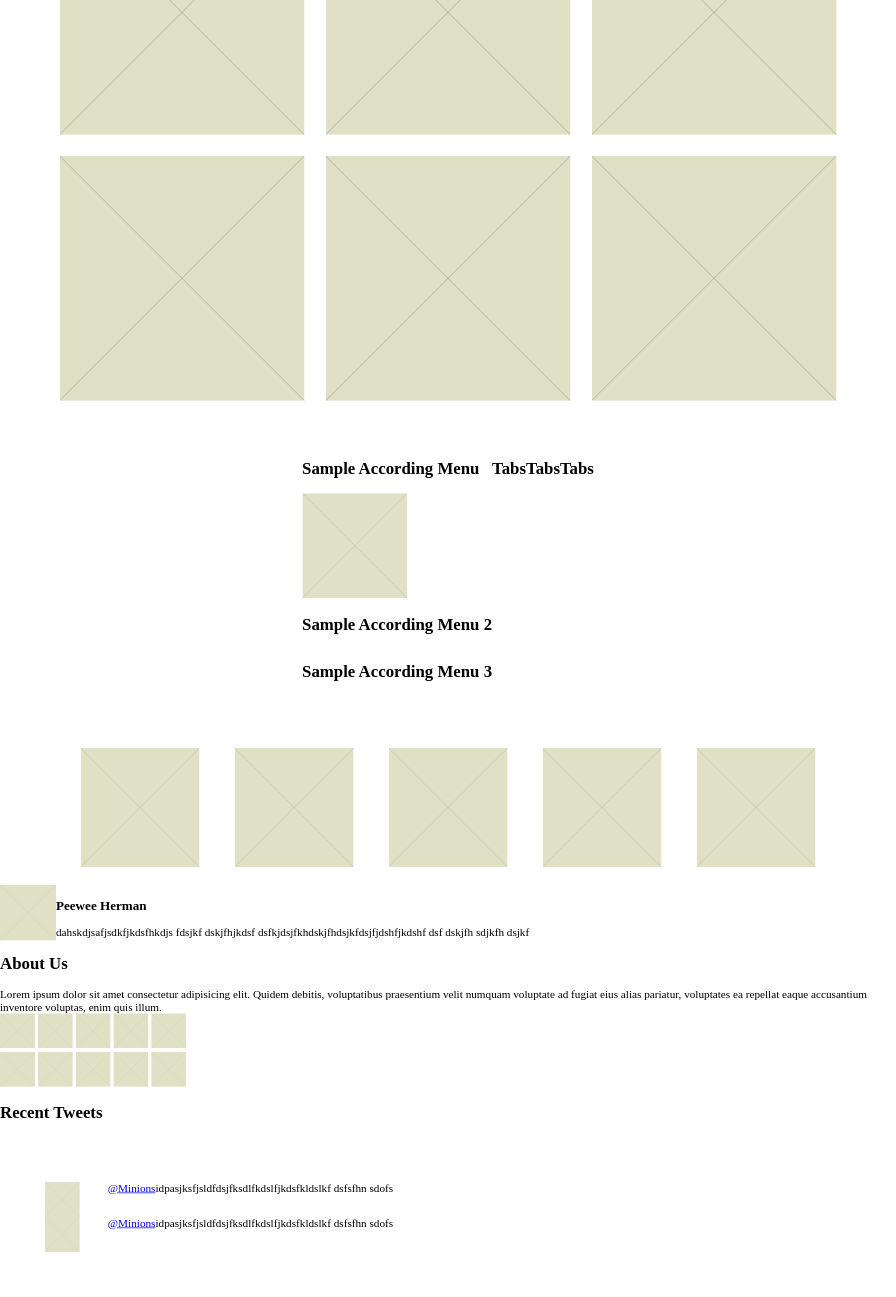
Repository: ReallyNguyen/responsive-web
Page: index.html
An editor plug-in stored every save of this project. The page is shown before and after the next save, followed by the edit.
The browser window is 1280 px wide. The pictures show the part of the page from y = 1201 to 3121 px (the page is 3054 px tall before and 3121 px after), at 70% of full size.

Above is the page before, as saved 2023-01-25 22:16:08.

### index.html
<!doctype html>
<html class="no-js" lang="">

<head>
  <meta charset="utf-8">
  <title></title>
  <meta name="description" content="">
  <meta name="viewport" content="width=device-width, initial-scale=1">

  <meta property="og:title" content="">
  <meta property="og:type" content="">
  <meta property="og:url" content="">
  <meta property="og:image" content="">

  <link rel="manifest" href="site.webmanifest">
  <link rel="apple-touch-icon" href="icon.png">
  <!-- Place favicon.ico in the root directory -->

  <link rel="stylesheet" href="css/normalize.css">
  <link rel="stylesheet" href="css/main.css">

  <meta name="theme-color" content="#fafafa">
</head>

<body>
  <header>
    <div class="nav-bar">
      <h1 class="company-name" >Metrolics</h1>
      <img class="logo" src="placeholder.svg" alt="company logo" width="50" height="50">
      <img class="accordian" src="placeholder.svg" alt="accordian here" width="50" height="50">

    </div>

    <div class="introduction">
      <h1> Hey guys! This is the Metrolics theme. It sports a responsive layout with a mobile layout.</h1>
    </div>


  </header>



  <article>

    <div class="Title">
      <h1>
        Things we do
      </h1>
      <p>
        ask what we do
      </p>
    </div>

    <main>

      <div class="Contents">
        <div class="Content">
          <img src="placeholder.svg" alt="" width="50" height="50">
          <div class="Description">
            <h4 class="topic">
              Web Solution
            </h4>
            <p> ajisdjsad</p>
          </div>
        </div>

        <div class="Content">
          <img src="placeholder.svg" alt="" width="50" height="50">
          <div class="Description">
            <h4 class="topic">
              Photography
            </h4>
            <p> ajisdjsad</p>
          </div>
        </div>

        <div class="Content">
          <img src="placeholder.svg" alt="" width="50" height="50">
          <div class="Description">
            <h4 class="topic">
              Web Development
            </h4>
            <p> ajisdjsad</p>
          </div>
        </div>

        <div class="Content">
          <img src="placeholder.svg" alt="" width="50" height="50">
          <div class="Description">
            <h4 class="topic">
              Web Design
            </h4>
            <p> ajisdjsad</p>
          </div>
        </div>



      </div>

      <div class="whats_up_lately">

        <div class="Title">
          <h1>
            What's up lately?
          </h1>
          <p>
            Read up on our latest work
          </p>
        </div>

        <div class="Boxes">
          <img class="Sample" src="placeholder.svg" alt="" width="360" height="360">
          <img class="Sample" src="placeholder.svg" alt="" width="360" height="360">
          <img class="Sample" src="placeholder.svg" alt="" width="360" height="360">
        </div>
      </div>

      <div class="our_latest_projects">

        <div class="Title">
          <h1>
            Our Latest Projects
          </h1>
          <p>
            Client happy? We are happy.
          </p>
        </div>

        <div class="Boxes">
          <img class="Sample" src="placeholder.svg" alt="">
          <img class="Sample" src="placeholder.svg" alt="">
          <img class="Sample" src="placeholder.svg" alt="">
          <img class="Sample" src="placeholder.svg" alt="">
          <img class="Sample" src="placeholder.svg" alt="">
          <img class="Sample" src="placeholder.svg" alt="">
        </div>
      </div>

      <div class="Bottom">
        <div class="Menu">
          <div class="Menu1">
            <h2>Sample According Menu</h2>
            <div class="Desc-Menu1"></div>
            <img src="placeholder.svg" alt="" width="150" height="150">
          </div>
          <h2>Sample According Menu 2</h2>
          <h2>Sample According Menu 3</h2>
        </div>
        <div class="Tabs">
          <h2>Tabs</h2>
          <h2>Tabs</h2>
          <h2>Tabs</h2>
        </div>
      </div>

      <div class="Companies">
        <img class="Companies-Logo" src="placeholder.svg" alt="">
        <img class="Companies-Logo" src="placeholder.svg" alt="">
        <img class="Companies-Logo" src="placeholder.svg" alt="">
        <img class="Companies-Logo" src="placeholder.svg" alt="">
        <img class="Companies-Logo" src="placeholder.svg" alt="">
      </div>


      <footer>

        <div class="founder">
          <img src="placeholder.svg" alt="" width="80" height="80">
          <div class="intro-text-box">
            <h3> Peewee Herman </h3>
            <p> dahskdjsafjsdkfjkdsfhkdjs fdsjkf dskjfhjkdsf dsfkjdsjfkhdskjfhdsjkfdsjfjdshfjkdshf dsf dskjfh sdjkfh dsjkf</p>
         </div>
        </div>


      <div class="about-us">
        <h2> About Us</h2>
      <div class="about-us-box">
        <p> Lorem ipsum dolor sit amet consectetur adipisicing elit. Quidem debitis, voluptatibus praesentium velit numquam voluptate ad fugiat eius alias pariatur, voluptates ea repellat eaque accusantium inventore voluptas, enim quis illum.</p>
        <div class="media">
          <img class="social-media" src="placeholder.svg" alt="" width="50" height="50">
          <img class="social-media" src="placeholder.svg" alt="" width="50" height="50">
          <img class="social-media" src="placeholder.svg" alt="" width="50" height="50">
          <img class="social-media" src="placeholder.svg" alt="" width="50" height="50">
          <img class="social-media" src="placeholder.svg" alt="" width="50" height="50">
        </div>
      </div>
      </div>

      <div class="flickr-photos">
        <div class="photos">
          <img class="social-media" src="placeholder.svg" alt="" width="50" height="50">
          <img class="social-media" src="placeholder.svg" alt="" width="50" height="50">
          <img class="social-media" src="placeholder.svg" alt="" width="50" height="50">
          <img class="social-media" src="placeholder.svg" alt="" width="50" height="50">
          <img class="social-media" src="placeholder.svg" alt="" width="50" height="50">
        </div>
      </div>





      <div class="recent-tweets">
        <h2> Recent Tweets </h2>


        <div class="twitter-box">

          <div class="social-box-contents">
          <img src="placeholder.svg" alt="" width="50" height="50">
          <div class="social-text-box">
            <a href="url"> @Minions </a>
            <p> idpasjksfjsldfdsjfksdlfkdslfjkdsfkldslkf dsfsfhn sdofs </p>
        </div>
         </div>

        <div class="social-box-contents">
          <img src="placeholder.svg" alt="" width="50" height="50">
          <div class="social-text-box">
            <a href="url"> @Minions </a>
            <p> idpasjksfjsldfdsjfksdlfkdslfjkdsfkldslkf dsfsfhn sdofs </p>
          </div>
        </div>

        </div>
      </div>

    </footer>

    </main>



  </article>
</body>

</html>

### css/main.css
.nav-bar {
  display: flex;
  flex-direction: row;
  justify-content: center;
  margin: 50px;
}

.introduction {
  display: flex;
  justify-content: center;
}

.founder {
  display: flex;
  justify-content: row;

}

.twitter-box {
  display: flex;
  justify-content: center;
  flex-direction: column;
  padding: 5%;

}



.social-text-box {
  display: flex;
  justify-content: center;
  padding-left: 40px;


}



.social-box-contents {
  display: flex;
  flex-direction: row;
}


article>div {
  margin: 15px;
}

.Title {
  display: flex;
  flex-direction: column;
  text-align: center;
  margin-top: 0;
}

main {
  display: flex;
  flex-direction: column;
  align-items: center;
}


.topic {
  margin: 0;
}

p {
  margin: 0px;
}

.Contents {
  display: flex;
  flex-direction: row;
}

.Content {
  display: flex;
  flex-direction: row;
  margin: 15px;
}

.Boxes {
  display: flex;
  display: flex;
  flex-wrap: wrap;
  justify-content: center;
}

.Sample {
  margin: 15px;
  width: 350px;
  height: 350px;
}

.Bottom {
  display: flex;
  flex-direction: row;
  margin: 50px;
}

.Menu {
  display: flex;
  flex-direction: column;
}

.Tabs {
  display: flex;
  flex-direction: row;
}

.Companies {
  display: flex;
  flex-direction: row;
}

.Companies-Logo {
  width: 170px;
  height: 170px;
  margin: 25px;
}

/* Small only */
@media screen and (max-width: 39.9375em) {
  header {
    display: flex;
    flex-direction: column;
    text-align: center;
    margin: 15px;
    font-size: 10px;
  }
}

/* Medium and up */
@media screen and (min-width: 40em) {
  h1 br {
    display: none;
  }

}

/* Medium only */
@media screen and (min-width: 40em) and (max-width: 63.9375em) {}

/* Large and up */
@media screen and (min-width: 64em) {}

/* Large only */
@media screen and (min-width: 64em) and (max-width: 74.9375em) {}

Loaded but not shown: css/normalize.css (library)

After the next save:
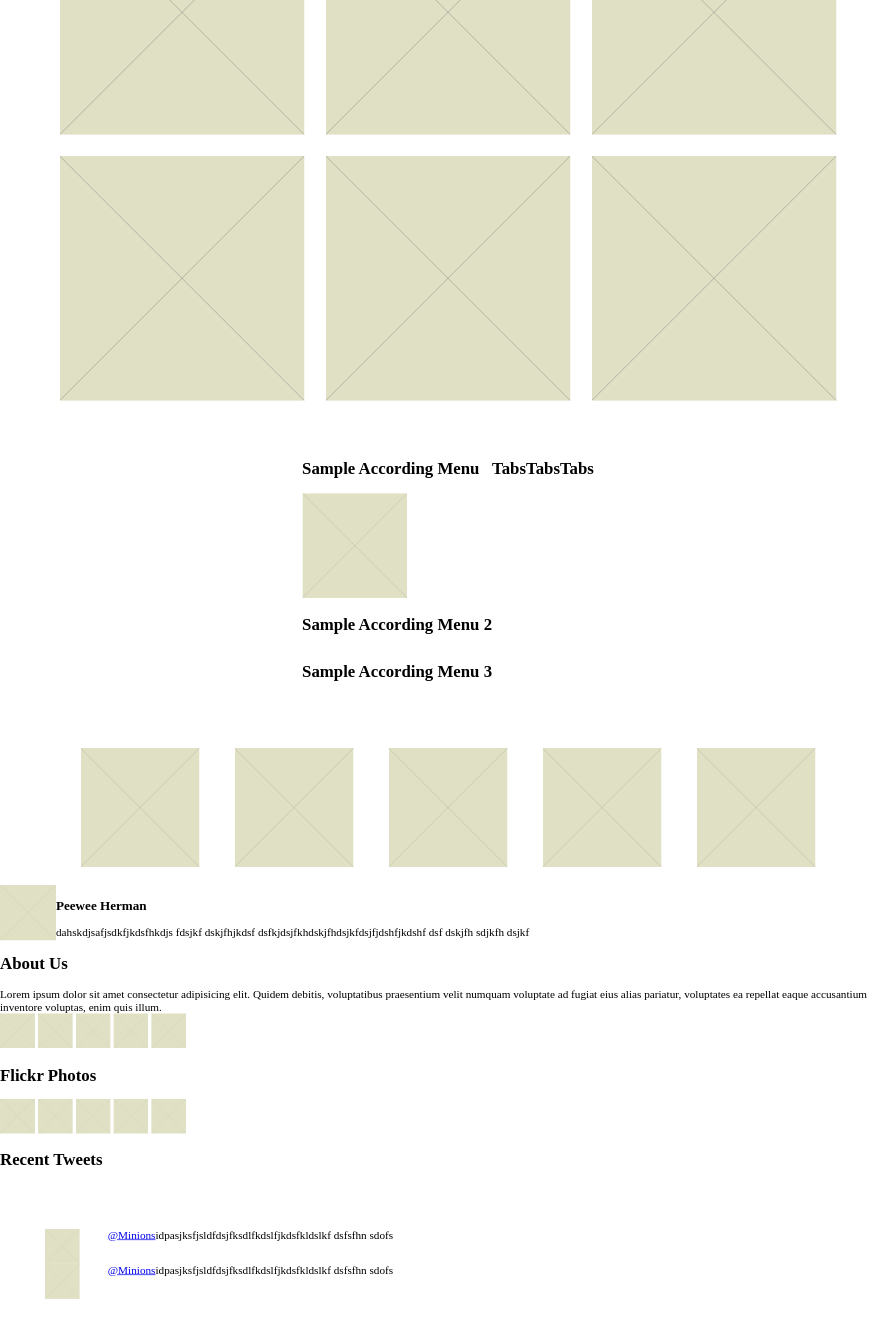
Saved 64 s later.
--- a/index.html
+++ b/index.html
@@ -189,6 +189,7 @@
       </div>
 
       <div class="flickr-photos">
+        <h2> Flickr Photos</h2>
         <div class="photos">
           <img class="social-media" src="placeholder.svg" alt="" width="50" height="50">
           <img class="social-media" src="placeholder.svg" alt="" width="50" height="50">
